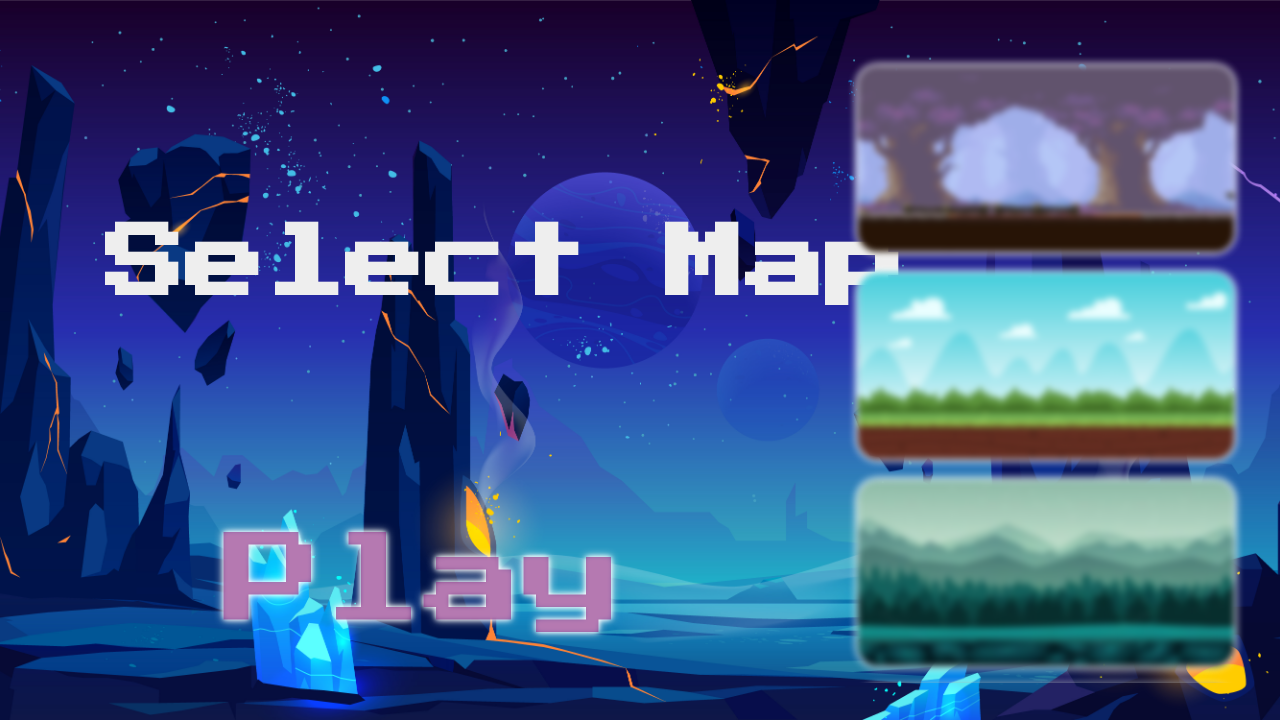
Repository: Gaurav31052/Fighting-game
Page: home.html
The author's editor kept a copy of each file at every save. The page is drawn from the files as they stood at one save, then again after the next save.
The browser window is 1280 px wide. The pictures show the whole page.
An inner scrolling area shows only its first screen.

Above is the page before, as saved 2024-06-06 23:31:03.

After the next save:
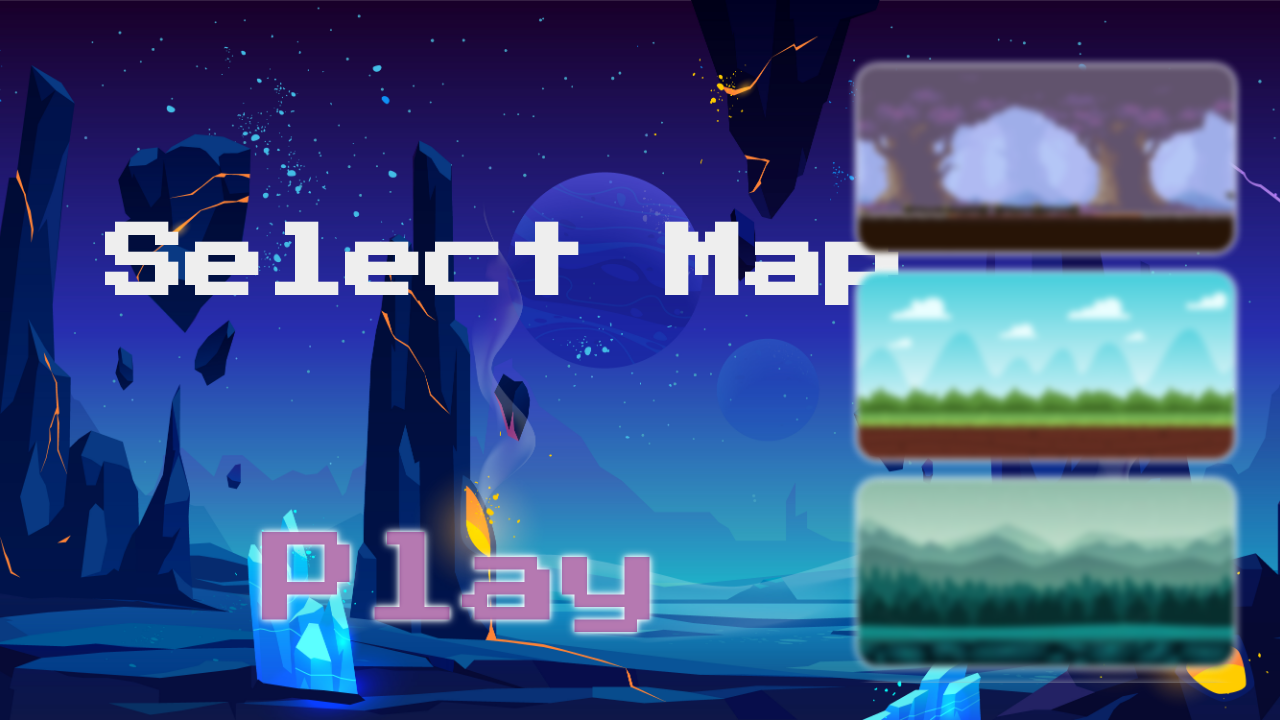
Saved 12 s later.
--- a/style.css
+++ b/style.css
@@ -40,7 +40,7 @@ a {
 
     position: absolute;
     top: 60%;
-    left: 17%;
+    left: 20%;
     font-size: 100px;
     font-family: "Press Start 2P", system-ui;
     text-align: center;
